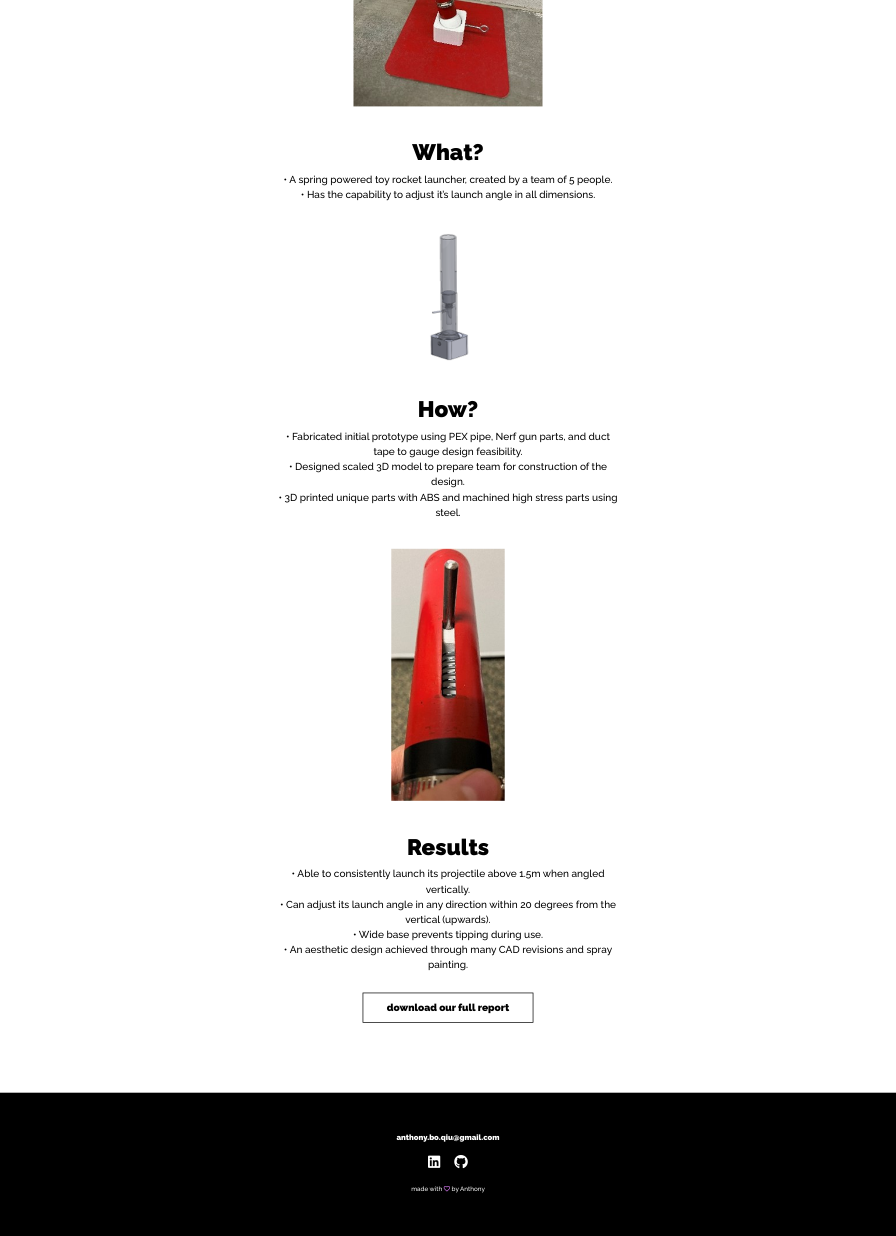
Repository: 7UM1N/anthonyq.github.io
Page: portfolio-item-launcho.html
These files come from the project's save history. The page is drawn as it stood at one moment and after the next save; the edit follows.
The browser window is 1280 px wide. The pictures show the part of the page from y = 1060 to 2980 px (the page is 2826 px tall before and 3063 px after), at 70% of full size.

Above is the page before, as saved 2023-03-12 00:10:39.

### portfolio-item-launcho.html
<!DOCTYPE html>
<html lang="en">
    <head>
        <!-- Google tag (gtag.js) -->
        <script async src="https://www.googletagmanager.com/gtag/js?id=G-XFJFSFPP7C"></script>
        <script>
            window.dataLayer = window.dataLayer || [];
            function gtag(){dataLayer.push(arguments);}
            gtag('js', new Date());
            gtag('config', 'G-XFJFSFPP7C');
        </script>

        <meta charset="UTF-8">
        <meta name="viewport" content="width=device-width, initial-scale=1.0">
        <title>Anthony Qiu</title>
        <link rel="stylesheet" href="https://cdnjs.cloudflare.com/ajax/libs/normalize/8.0.1/normalize.min.css" integrity="sha512-NhSC1YmyruXifcj/KFRWoC561YpHpc5Jtzgvbuzx5VozKpWvQ+4nXhPdFgmx8xqexRcpAglTj9sIBWINXa8x5w==" crossorigin="anonymous" referrerpolicy="no-referrer" />
        <link rel="stylesheet" href="https://cdnjs.cloudflare.com/ajax/libs/font-awesome/6.2.1/css/all.min.css" integrity="sha512-MV7K8+y+gLIBoVD59lQIYicR65iaqukzvf/nwasF0nqhPay5w/9lJmVM2hMDcnK1OnMGCdVK+iQrJ7lzPJQd1w==" crossorigin="anonymous" referrerpolicy="no-referrer" />
        <link rel="stylesheet" href="css/style.css">
        <link rel="preconnect" href="https://fonts.googleapis.com">
        <link rel="preconnect" href="https://fonts.gstatic.com" crossorigin>
        <link href="https://fonts.googleapis.com/css2?family=Raleway:ital,wght@0,100;0,200;0,300;0,400;0,500;0,600;0,700;0,800;0,900;1,100;1,200;1,300;1,400;1,500;1,600;1,700;1,800;1,900&display=swap" rel="stylesheet">
    </head>
    <body>

        <!-- header -->
        <section class="sub-header sub-header-launcho">
            <nav>
                <a class="logo" href="index.html">
                    <strong>ANTHONY</strong> QIU
                </a>
                <div class="nav-links" id="navLinks">
                    <ul>
                        <i class="fa-solid fa-xmark" onclick="hideMenu()"></i>
                        <li><a href="index.html" >HOME</a></li>
                        <li><a href="index.html#projects">PROJECTS</a></li>
                        <li><a href="contact.html">CONTACT</a></li>
                    </ul>
                </div>
                <i class="fa-solid fa-bars" onclick="showMenu()"></i>
            </nav>
            <div class="text-box">
                <h1>Launcho</h1>
                <p>
                    spring powered toy rocket
                </p>
            </div>
            <div class="scroll">
                <p>S C R O L L<br><i class="fa-solid fa-sort-down"></i></p>
            </div>
        </section>

        <!-- content -->
        <section class="portfolio-item-section">
            <img src="img/launcho/what.jpg">
            <h2>What?</h2>
            <p>
                •	A spring powered toy rocket launcher, created by a team of 5 people.<br>
                •	Has the capability to adjust it’s launch angle in all dimensions.
            </p>

            <img src="img/launcho/how.png">
            <h2>How?</h2>
            <p>
                •	Fabricated initial prototype using PEX pipe, Nerf gun parts, and duct tape to gauge design feasibility.<br>
                •	Designed scaled 3D model to prepare team for construction of the design.<br>
                •	3D printed unique parts with ABS and machined high stress parts using steel.
            </p>

            <img src="img/launcho/results.jpg">
            <h2>Results</h2>
            <p>
                •	Able to consistently launch its projectile above 1.5m when angled vertically.<br>
                •	Can adjust its launch angle in any direction within 20 degrees from the vertical (upwards).<br>
                •	Wide base prevents tipping during use.<br>
                •	An aesthetic design achieved through many CAD revisions and spray painting.
            </p>
            <a href="Toy_Design_Report_-_Launcho.pdf" download class="hero-btn inverse-btn"><strong>download our full report</strong></a>
        </section>

        <!-- footer -->
        <footer class="footer">
            <a href="mailto:anthony.bo.qiu@gmail.com" class="email">anthony.bo.qiu@gmail.com</a>
            <ul class="socials">
                <li class="socials-item">
                    <a class="social-item-link" href="https://www.linkedin.com/in/anthonyboqiu">
                        <i class="fa-brands fa-linkedin"></i>
                    </a>
                </li>
                <li class="socials-item">
                    <a class="social-item-link" href="https://github.com/anthonyqiu">
                        <i class="fa-brands fa-github"></i>
                    </a>
                </li>
            </ul>
            <P class="love">made with <i class="fa-regular fa-heart"></i> by Anthony</p>
        </footer>

        <!-- javascript-->
        <script src="js/index.js"></script>
    </body>
</html>

### css/style.css
/*custom properties*/
:root {
    --ff-primary: 'Raleway', sans-serif;
    --ff-secondary: 'Raleway', sans-serif;

    --fw-reg: 500;
    --fw-bold: 850;

    --clr-light: #fff;
    --clr-dark: #000000;
    --clr-accent: #e281ff;

    --fs-h1: 3rem;
    --fs-h2: 2rem;
    --fs-h3: 1.25rem;
    --fs-h4: 1.05rem;
    --fs-body: 0.9rem;

    --bs: 0.25em 0.25em 0.75em rgba(0, 0, 0, .25), 0.125em 0.125em 0.25em rgba(0, 0, 0, .15);
}

* {
    margin: 0;
    padding: 0;
    font-family: var(--ff-primary);
}

/* typography */
h1,
h2,
h3 {
    line-height: 1.1;
}

h1, h2, h3, h4 {
    font-weight: var(--fw-bold);
}

h1 {font-size: var(--fs-h1)}
h2 {font-size: var(--fs-h2)}
h3 {
    font-size: var(--fs-h3);
    font-weight: 800;
}
h4 {
    font-size: var(--fs-h4);
}

p {
    font-size: var(--fs-body);
    font-weight: var(--fw-reg);
    line-height: 150%;
    padding: 10px;
}

a:link {
    text-decoration: none;
}

a:visited {
    text-decoration: none;
}

a:hover {
    text-decoration: none;
}

a:active {
    text-decoration: none;
}

strong {font-weight: var(--fw-bold);}

/*header*/
header {
    min-height: 100vh;
    width: 100%;
    background-image: linear-gradient(rgba(4, 9, 30, 0.85), rgba(4, 9, 30, 0.85)), url(../img/blueprint.jpeg);
    background-position: center;
    background-size: cover;
    position: relative;
}

header img {
    max-width: 20vh;
    border-radius: 1%;
}

nav {
    display: flex;
    padding: 2% 6%;
    justify-content: space-between;
    align-items: center;
}

.logo {
    color: var(--clr-light);
    text-decoration: none;
    font-size: var(--fs-h2);
}

.nav-links {
    flex: 1;
    text-align: right;
}

.nav-links ul li {
    list-style: none;
    display: inline-block;
    padding: 8px 12px;
    position: relative;
}

.nav-links ul li a {
    color: var(--clr-light);
    text-decoration: none;
    font-size: var(--fs-body);
}

.nav-links ul li::after {
    content: '';
    width: 0%;
    height: 2px;
    background: var(--clr-light);
    display: block;
    margin: auto;
    transition: 0.5s;
}

.nav-links ul li:hover::after {
    width: 100%;
}

.text-box {
    width: 50%;
    color: var(--clr-light);
    position: absolute;
    top: 50%;
    left: 50%;
    transform: translate(-50%, -50%);
    text-align: center;
}

.text-box p {
    margin: 10px 0 40px;
    color: var(--clr-light);
}

.hero-btn {
    color: var(--clr-light);
    border: 1px solid var(--clr-light);
    display: inline-block;
    text-decoration: none;
    padding: 12px 34px;
    font-size: var(--fs-body);
    background: transparent;
    position: relative;
    cursor: pointer;
    margin-top: 20px;;
}

.hero-btn:hover {
    background: var(--clr-light);
    color: var(--clr-dark);
    transition: 1s;
}

.inverse-btn {
    color: var(--clr-dark);
    border: 1px solid var(--clr-dark);
}

.inverse-btn:hover {
    color: var(--clr-light);
    background: var(--clr-dark);
}

nav .fa-solid {
    display: none;
}

.scroll {
    color: var(--clr-light);
    text-align: center;
    position: absolute;
    top: 96%;
    left: 50%;
    transform: translate(-50%, -50%);
}

/*projects*/

.projects {
    width: 80%;
    margin: auto;
    text-align: center;
    padding-top: 100px;
    padding-bottom: 100px;
}

.projects p {
    color: var(--clr-dark);
}

.projects img {
    width: 12rem;
    height: 18rem;
    border-radius: 10px;
}

.portfolio {
    display: flex;
    flex-wrap: wrap;
    gap: 1.5rem;

    margin: auto;
    align-items: center;
    justify-content: center;
    margin-top: 3rem;
}

.portfolio-item {
    background-position: center;
    background-size: cover;
    position: relative;

    color: var(--clr-light);
    width: 350px;
    height: 500px;
    flex-shrink: 0;
    border-radius: 10px;
    box-sizing: border-box;
    transition: 0.5s;

    display: flex;
    justify-content: center;
    align-items: center;
    flex-direction: column;
}

.portfolio-item h3 {
    color: var(--clr-light);
    width: 150px;
    height: 150px;
    border-style: solid;
    border-width: 0.3rem;
    border-color: var(--clr-light);
    border-radius: 50%;

    position: relative;
    display: flex;
    justify-content: center;
    align-items: center;
    margin: auto;
}

.portfolio-item p {
    color: var(--clr-light);

    display: flex;
    justify-content: center;
    align-items: center;
    margin: auto;
    opacity: 0%;
    transition: 1s;
}

/* banner */
.break-caliper-arm {
    background-image: linear-gradient(rgba(4, 9, 30, 0.5), rgba(4, 9, 30, 0.5)), url(../img/break-caliper-arm/banner.png);
}
.centrifugal-pump {
    background-image: linear-gradient(rgba(4, 9, 30, 0.5), rgba(4, 9, 30, 0.5)), url(../img/centrifugal-pump/card.png);
}
.nerfv2 {
    background-image: linear-gradient(rgba(4, 9, 30, 0.5), rgba(4, 9, 30, 0.5)), url(../img/coming-soon.webp);
}
.gravity-car {
    background-image: linear-gradient(rgba(4, 9, 30, 0.5), rgba(4, 9, 30, 0.5)), url(../img/gravity-car/banner.jpg);
}
.launcho {
    background-image: linear-gradient(rgba(4, 9, 30, 0.5), rgba(4, 9, 30, 0.5)), url(../img/launcho/launcho-card.jpg);
}
.four-cylinder-engine {
    background-image: linear-gradient(rgba(4, 9, 30, 0.5), rgba(4, 9, 30, 0.5)), url(../img/four-cylinder-engine/banner.png);
}
.codebreaker {
    background-image: linear-gradient(rgba(4, 9, 30, 0.5), rgba(4, 9, 30, 0.5)), url(../img/codebreaker/codebreaker-card.jpg);
}
.saitama {
    background-image: linear-gradient(rgba(4, 9, 30, 0.5), rgba(4, 9, 30, 0.5)), url(../img/saitama/saitama-banner.webp);
}
.this-website {
    background-image: linear-gradient(rgba(4, 9, 30, 0.5), rgba(4, 9, 30, 0.5)), url(../img/this-website/this-website-card.jpeg);
}

.portfolio-item h3 {
    vertical-align: middle;
}
.portfolio-item:hover {
    box-shadow: 0 0 20px 0px rgba(0, 0, 0, 0.80);
    filter: brightness(90%);
}

.portfolio-item:hover p {
    opacity: 100%;
}

.portfolio-item-text {
    position: absolute;
    top: 0;
}

/* footer */
.footer {
    background: var(--clr-dark);
    color: var(--clr-light);
    text-align: center;
    padding: 2.5em 0;
    font-size: var(--fs-h3);
    font-family: var(--ff-secondary);
}

.footer a {
    color: inherit;
    text-decoration: none;
}

.email {
    font-weight: var(--fw-bold);
    font-size: 11px;
}

.email:hover,
.social-item-link:hover {
    transform: scale(2);
    opacity: .5;
}

.email,
.social-item-link {
    transition:
        transform 750ms cubic-bezier(.5, 0, .5, 1),
        opacity 250ms linear;
}

.socials {
    list-style: none;
    display: flex;
    justify-content: center;
    margin: 0.25em 0 0;
    padding: 0;
}

.socials-item {
    margin: - .5em;
}

.socials-item {
    padding: .5em;
}

.love {
    font-size: 9px;
}

.fa-heart {
    color: var(--clr-accent);
}

/* sub header */
.sub-header {
    height: 100vh;
    width: 100%;
    background-image: linear-gradient(rgba(4, 9, 30, 0.7), rgba(4, 9, 30, 0.7)), url(../img/launcho/launcho-card.jpg);
    background-position: center;
    background-size: cover;
    text-align: center;
    margin: auto;
    position: relative;
}

/* card */
.sub-header-contact {background-image: linear-gradient(rgba(4, 9, 30, 0.85), rgba(4, 9, 30, 0.85)), url(../img/blueprint.jpeg);}
.sub-header-break-caliper-arm {background-image: linear-gradient(rgba(4, 9, 30, 0.7), rgba(4, 9, 30, 0.7)), url(../img/break-caliper-arm/banner.png);}
.sub-header-centrifugal-pump {background-image: linear-gradient(rgba(4, 9, 30, 0.7), rgba(4, 9, 30, 0.7)), url(../img/centrifugal-pump/banner.png);}
.sub-header-nerfv2 {background-image: linear-gradient(rgba(4, 9, 30, 0.7), rgba(4, 9, 30, 0.7)), url(../img/coming-soon.webp);}
.sub-header-gravity-car {background-image: linear-gradient(rgba(4, 9, 30, 0.7), rgba(4, 9, 30, 0.7)), url(../img/gravity-car/banner.jpg);}
.sub-header-launcho {background-image: linear-gradient(rgba(4, 9, 30, 0.7), rgba(4, 9, 30, 0.7)), url(../img/launcho/launcho-card.jpg);}
.sub-header-four-cylinder-engine {background-image: linear-gradient(rgba(4, 9, 30, 0.7), rgba(4, 9, 30, 0.7)), url(../img/four-cylinder-engine/banner.png);}
.sub-header-codebreaker {background-image: linear-gradient(rgba(4, 9, 30, 0.7), rgba(4, 9, 30, 0.7)), url(../img/codebreaker/codebreaker-banner.jpg);}
.sub-header-saitama {background-image: linear-gradient(rgba(4, 9, 30, 0.7), rgba(4, 9, 30, 0.7)), url(../img/saitama/saitama-banner.webp);}
.sub-header-this-website {background-image: linear-gradient(rgba(4, 9, 30, 0.7), rgba(4, 9, 30, 0.7)), url(../img/this-website/this-website-card.jpeg);}

.sub-header .text-box {
    border-style: solid;
    border-width: 0.25rem;
    border-color: var(--clr-light);
}

.portfolio-item-section {
    text-align: center;
    padding-top: 100px;
    padding-bottom: 100px;
    width: 40%;

    position: relative;
    display: flex;
    justify-content: center;
    align-items: center;
    margin: auto;
    flex-direction: column;
}

.portfolio-item-section p {
    color: var(--clr-dark);
}

.portfolio-item-section img {
    max-width: 90%;
    max-height: 50vh;
    padding: 2rem;
}

.portfolio-item-section h2,
.portfolio-item-section h3 {
    margin-top: 1rem;
}

.contact {
    padding: 50px;
    width: 40%;
    margin: auto;
    text-align: center;
}

.contact input,
.contact textarea {
    width: 100%;
    padding: 15px;
    margin-bottom: 17px;
    outline: none;
    border: 1px solid var(--clr-dark);
    box-sizing: border-box;
}

/*smaller screens*/
@media(max-width: 800px) {
    .nav-links ul li {
        display: block;
    }

    .nav-links {
        position: fixed;
        background: var(--clr-dark);
        height: 100vh;
        width: 200px;
        top: 0;
        right: -200px;
        text-align: left;
        z-index: 2;
        transition: 1s;
    }

    nav .fa-solid {
        display: block;
        color: var(--clr-light);
        margin: 10px;
        font-size: var(--fs-h3);
        cursor: pointer;
    }

    .text-box {
        width: 90%;
    }

    header img {
        max-width: 10vh;
        border-radius: 3%;
    }

    .portfolio-item-section {
        width: 90%;
    }

    .contact {
        width: 70%;
    }
}

### js/index.js
//toggle menu
var navLinks = document.getElementById("navLinks");

function showMenu(){
    navLinks.style.right = "0";
}

function hideMenu(){
    navLinks.style.right = "-200px";
}

After the next save:
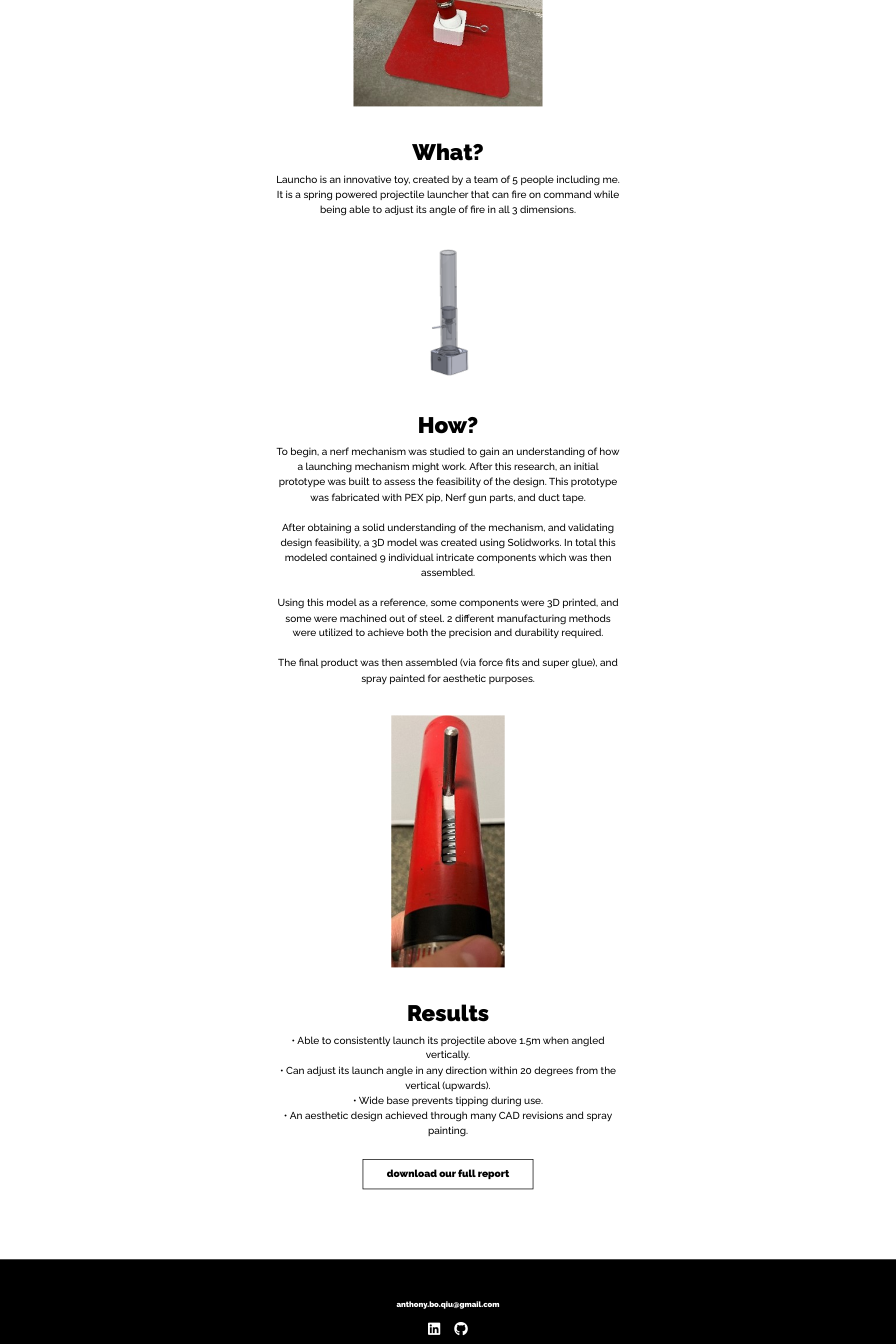
Saved 14 min 48 s later.
--- a/portfolio-item-launcho.html
+++ b/portfolio-item-launcho.html
@@ -54,16 +54,17 @@
             <img src="img/launcho/what.jpg">
             <h2>What?</h2>
             <p>
-                •	A spring powered toy rocket launcher, created by a team of 5 people.<br>
-                •	Has the capability to adjust it’s launch angle in all dimensions.
+                Launcho is an innovative toy, created by a team of 5 people including me. It is a spring powered projectile launcher that can fire on command while being able to adjust its angle of fire in all 3 dimensions.
             </p>
 
             <img src="img/launcho/how.png">
             <h2>How?</h2>
             <p>
-                •	Fabricated initial prototype using PEX pipe, Nerf gun parts, and duct tape to gauge design feasibility.<br>
-                •	Designed scaled 3D model to prepare team for construction of the design.<br>
-                •	3D printed unique parts with ABS and machined high stress parts using steel.
+                To begin, a nerf mechanism was studied to gain an understanding of how a launching mechanism might work. After this research, an initial prototype was built to assess the feasibility of the design. This prototype was fabricated with PEX pip, Nerf gun parts, and duct tape.
+                <br><br>After obtaining a solid understanding of the mechanism, and validating design feasibility, a 3D model was created using Solidworks. In total this modeled contained 9 individual intricate components which was then assembled.
+                <br><br>Using this model as a reference, some components were 3D printed, and some were machined out of steel. 2 different manufacturing methods were utilized to achieve both the precision and durability required.
+                <br><br>The final product was then assembled (via force fits and super glue), and spray painted for aesthetic purposes.
+
             </p>
 
             <img src="img/launcho/results.jpg">
